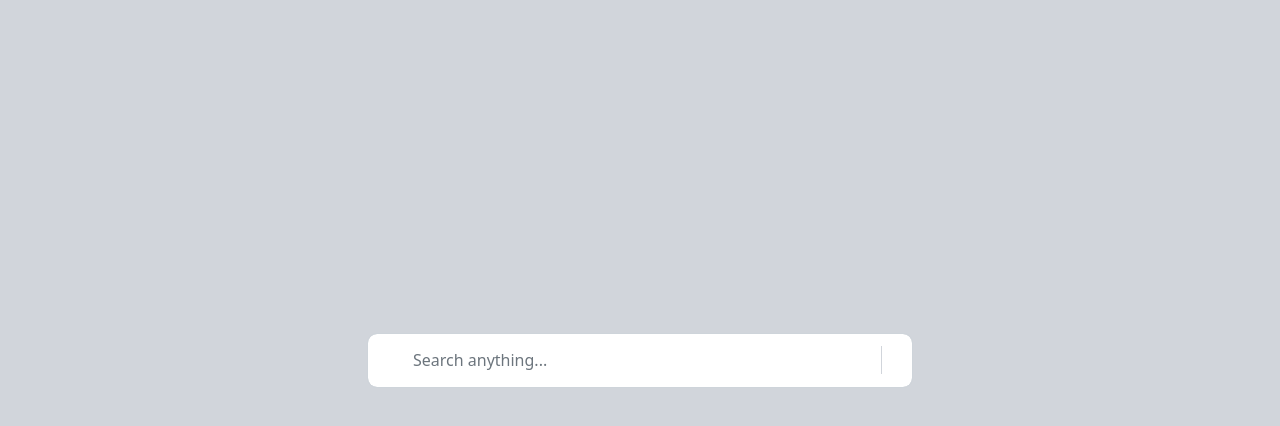
Repository: AlisaSkryp/photoblog
Page: index.html
These files come from the project's save history. The page is drawn as it stood at one moment and after a run of saves; the edit follows.
The browser window is 1280 px wide. The pictures show the whole page.

Above is the page before, as saved 2023-04-09 18:35:31.

After the next 2 saves:
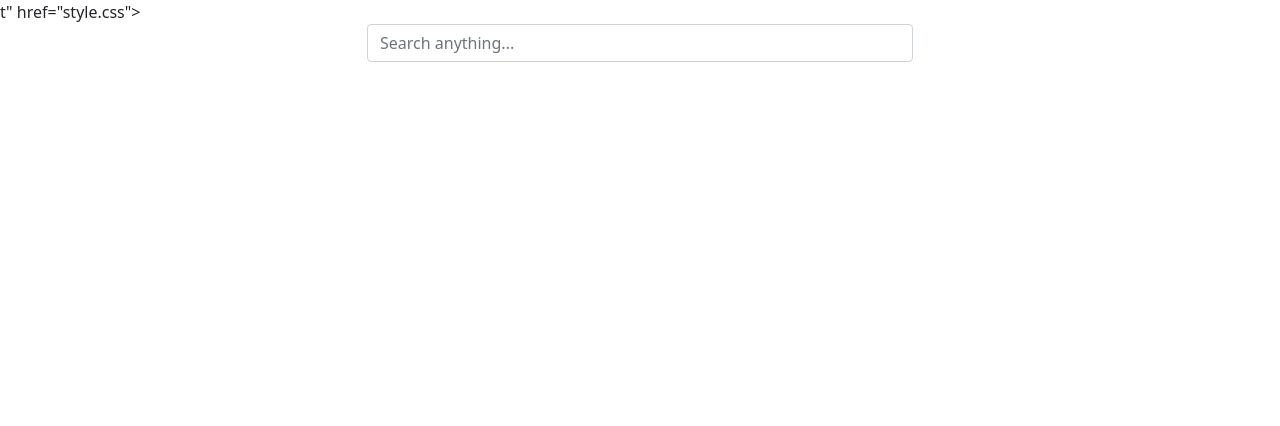
The 2 saves are shown as one change because they came seconds apart.
The last was saved 46 s later.
--- a/index.html
+++ b/index.html
@@ -5,8 +5,7 @@
 	<meta http-equiv="X-UA-Compatible" content="IE=edge">
 	<meta name="viewport" content="width=device-width, initial-scale=1.0">
 	<link href="https://cdn.jsdelivr.net/npm/bootstrap@5.0.2/dist/css/bootstrap.min.css" rel="stylesheet" integrity="sha384-EVSTQN3/azprG1Anm3QDgpJLIm9Nao0Yz1ztcQTwFspd3yD65VohhpuuCOmLASjC" crossorigin="anonymous">
-
-<link rel="stylesheet" href="style.css">
+<link aria-grabbed="">t" href="style.css">
 </head>
 <body>
 	<div class="container">
